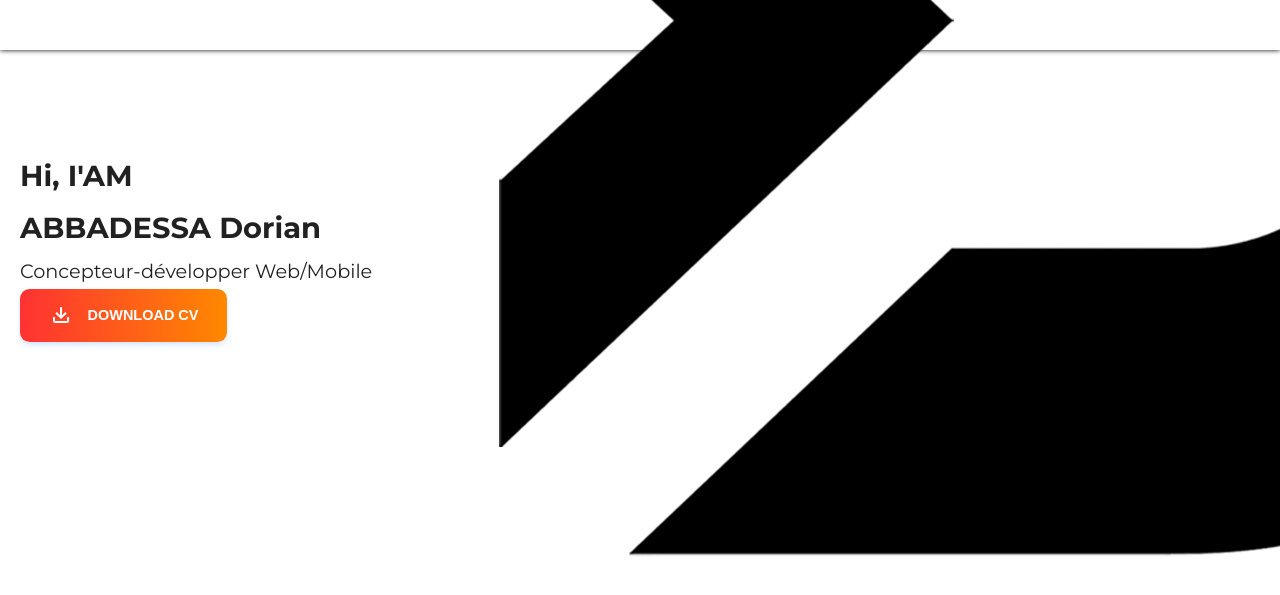
Repository: DorianABDS/Portfolio-ABBADESSA-Dorian
Page: index.html
An editor plug-in stored every save of this project. The page is shown before and after the next save, followed by the edit.
The browser window is 1280 px wide. The pictures show the window.
A layer covers the whole window, so only the first screen is drawn.

Above is the page before, as saved 2024-11-27 00:13:52.

After the next save:
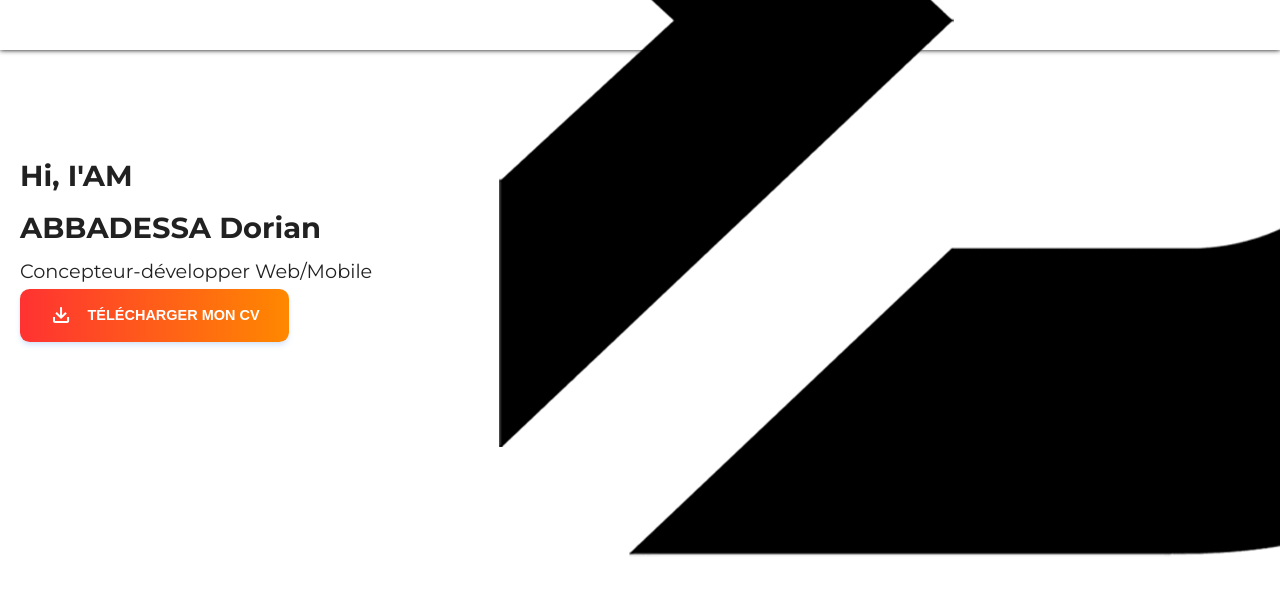
Saved 14 s later.
--- a/index.html
+++ b/index.html
@@ -38,22 +38,22 @@
                 <!-- <a href="#">télécharger mon cv</a> -->
                 <button>
                     <svg
-  width="24"
-  height="24"
-  viewBox="0 0 24 24"
-  fill="none"
-  xmlns="http://www.w3.org/2000/svg"
->
-  <path
-    d="M11 5C11 4.44772 11.4477 4 12 4C12.5523 4 13 4.44772 13 5V12.1578L16.2428 8.91501L17.657 10.3292L12.0001 15.9861L6.34326 10.3292L7.75748 8.91501L11 12.1575V5Z"
-    fill="currentColor"
-  />
-  <path
-    d="M4 14H6V18H18V14H20V18C20 19.1046 19.1046 20 18 20H6C4.89543 20 4 19.1046 4 18V14Z"
-    fill="currentColor"
-  />
-</svg>
-                    Download CV
+                        width="24"
+                        height="24"
+                        viewBox="0 0 24 24"
+                        fill="none"
+                        xmlns="http://www.w3.org/2000/svg"
+                        >
+                        <path
+                            d="M11 5C11 4.44772 11.4477 4 12 4C12.5523 4 13 4.44772 13 5V12.1578L16.2428 8.91501L17.657 10.3292L12.0001 15.9861L6.34326 10.3292L7.75748 8.91501L11 12.1575V5Z"
+                            fill="currentColor"
+                        />
+                        <path
+                            d="M4 14H6V18H18V14H20V18C20 19.1046 19.1046 20 18 20H6C4.89543 20 4 19.1046 4 18V14Z"
+                            fill="currentColor"
+                        />
+                        </svg>
+                    télécharger mon cv
                   </button>
             </div>
         </section>
